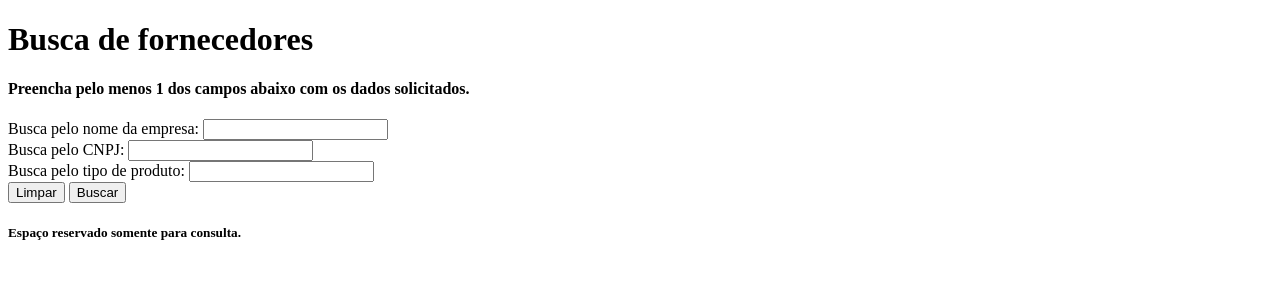
Repository: BeatrizFloriano96/myPagesSpeedLog
Page: html/buscaFornecedor.html
An editor plug-in stored every save of this project. The page is shown before and after the next save, followed by the edit.
The browser window is 1280 px wide. The pictures show the whole page.

Above is the page before, as saved 2022-01-23 22:18:35.
Not found: stylesheets/buscaFornecedor.css

After the next save:
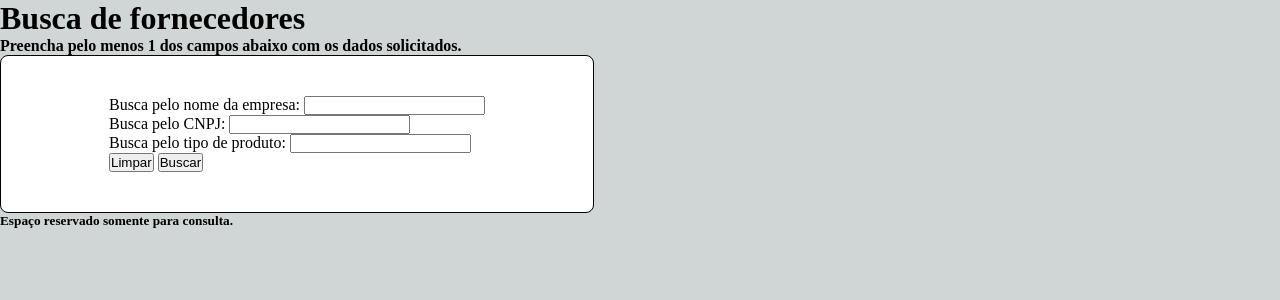
Saved 20 s later.
--- a/html/buscaFornecedor.html
+++ b/html/buscaFornecedor.html
@@ -6,7 +6,7 @@
     <meta name="viewport" content="width=device-width, initial-scale=1.0">
     <title>Busca de fornecedor</title>
 
-    <link rel="stylesheet" href="/stylesheets/buscaFornecedor.css">
+    <link rel="stylesheet" href="../css/buscaFornecedor.css">
 </head>
 <body>
     <h1>Busca de fornecedores</h1>
